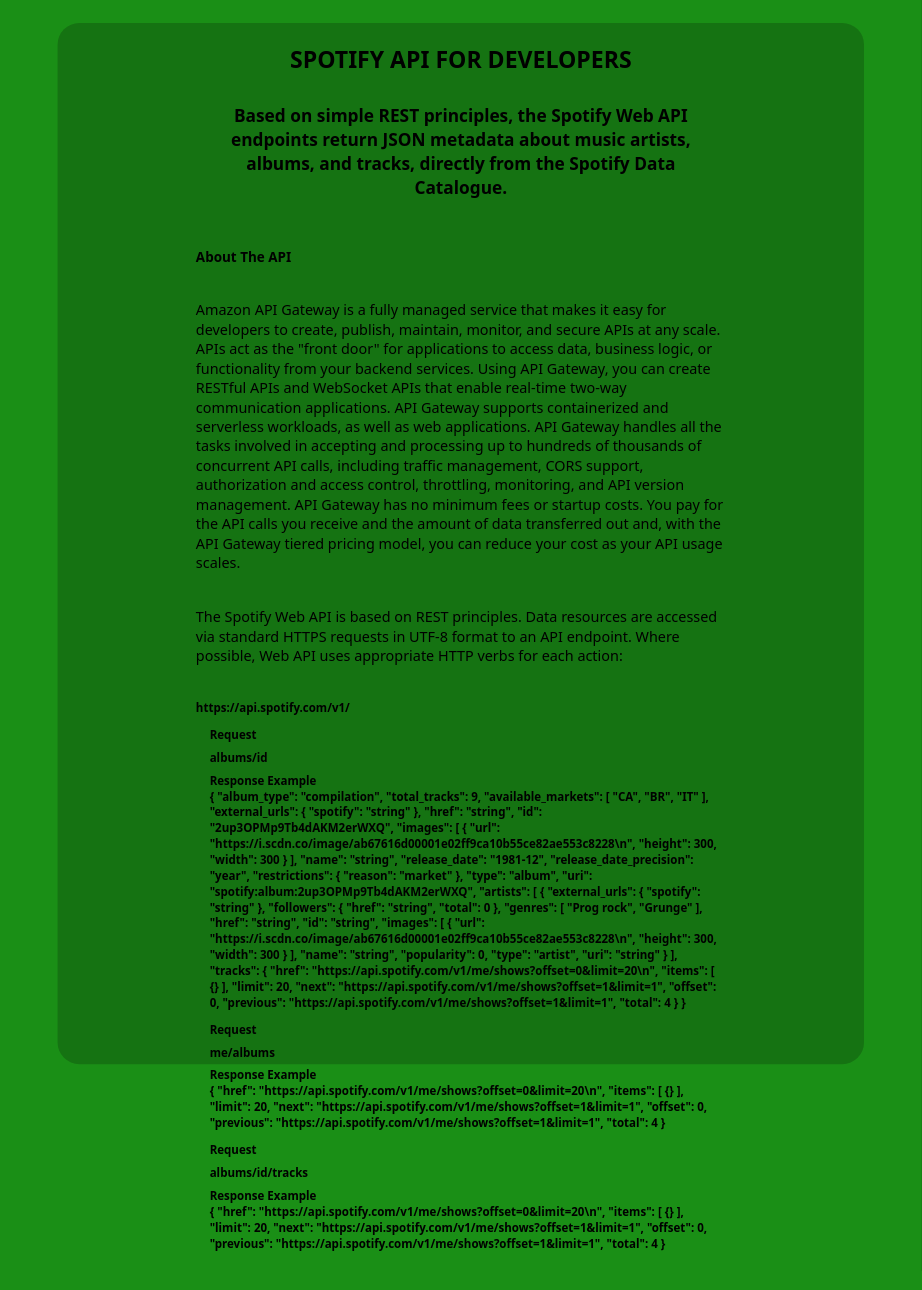
Repository: eliasihai/dizza-html-project
Page: index.html
These files come from the project's save history. The page is drawn as it stood at one moment and after the next save; the edit follows.
The browser window is 1280 px wide. The pictures show the whole page, at 72% of full size.

Above is the page before, as saved 2022-01-28 00:31:28.

After the next save:
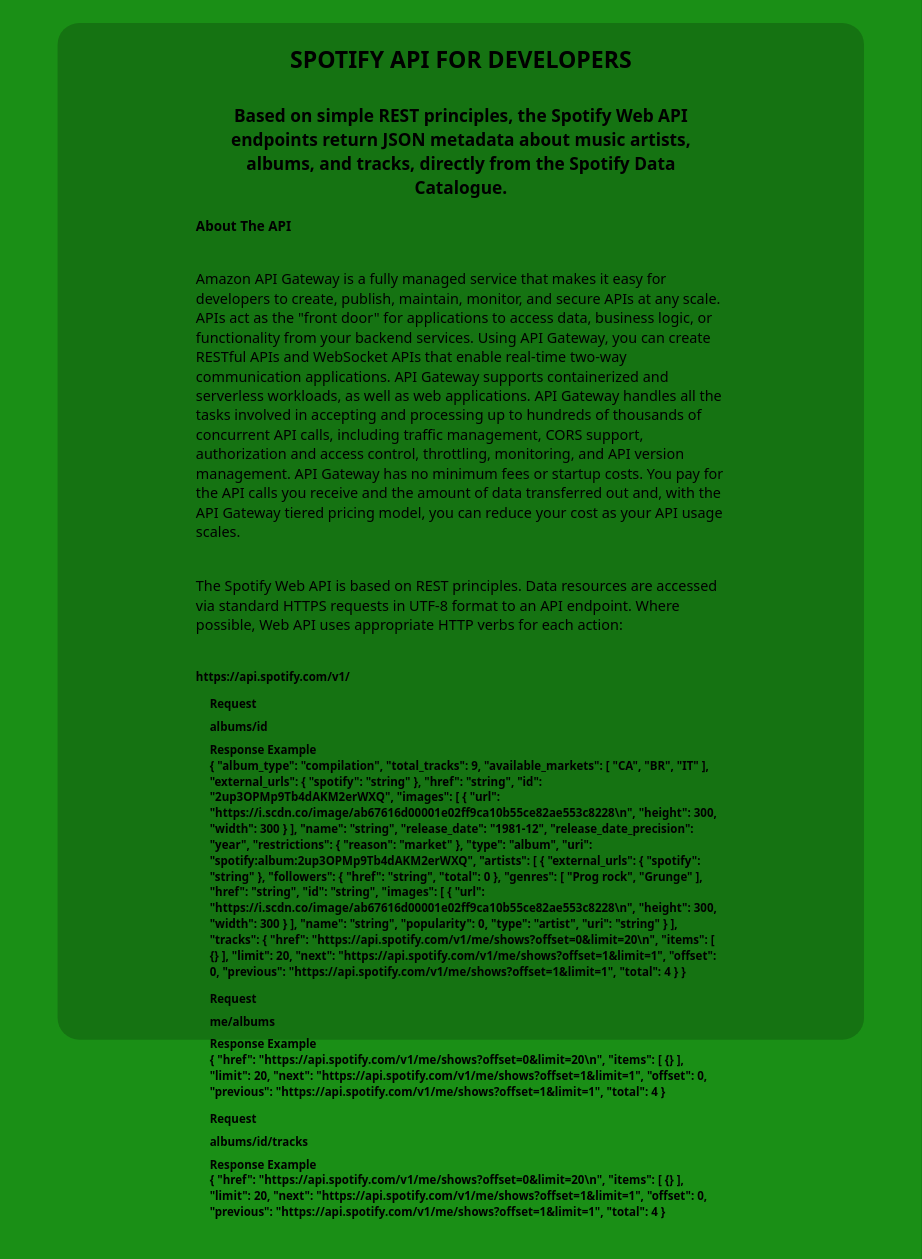
Saved 11 s later.
--- a/style.css
+++ b/style.css
@@ -43,7 +43,7 @@
 }
 
 .describe_container h3 {
-  margin: 3rem 2rem;
+  margin: 0.3rem 2rem;
 }
 .list_container {
 
